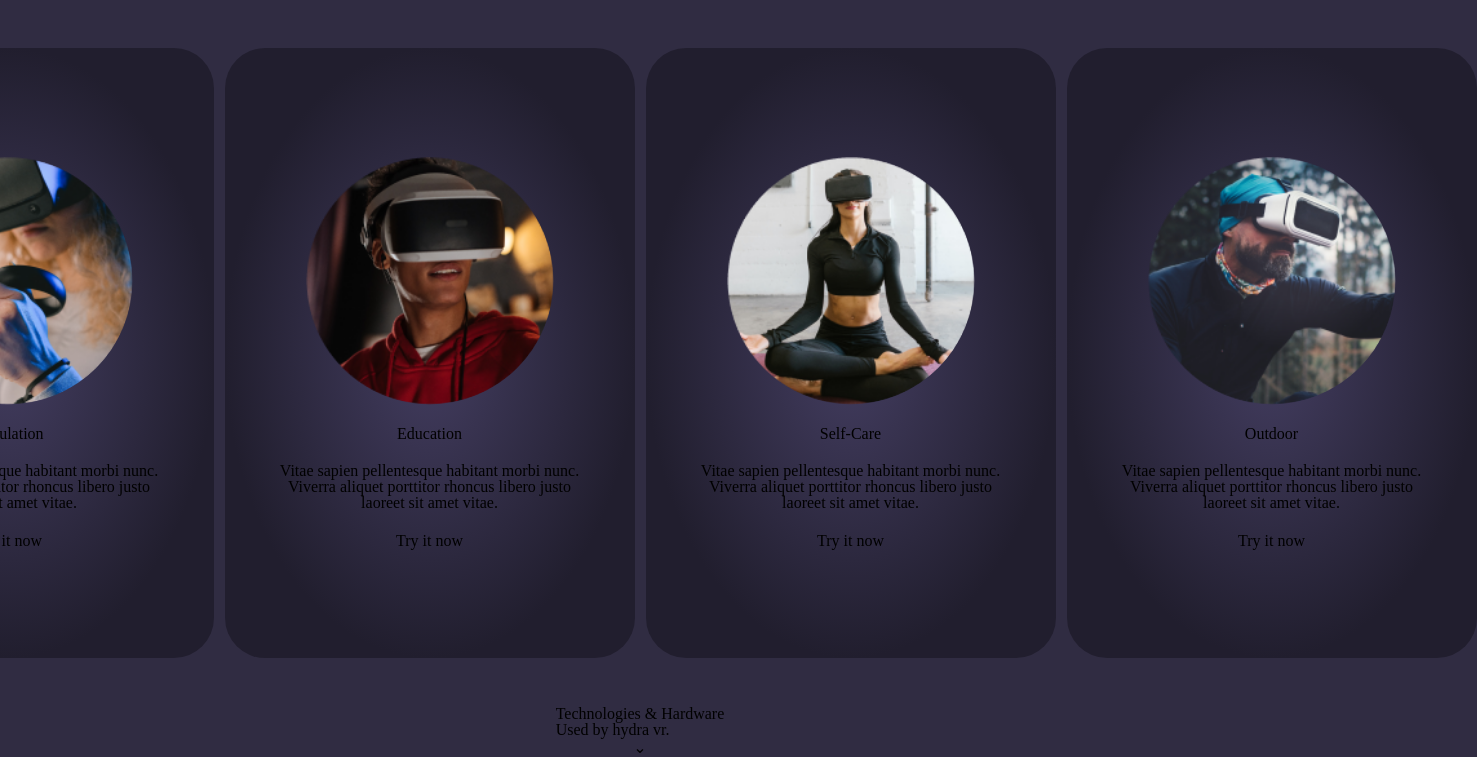
Repository: xMargi/Hydra-LandingPage
Page: index.html
These files come from the project's save history. The page is drawn as it stood at one moment and after the next save; the edit follows.
The browser window is 1280 px wide. The page is 1477 px wide, so the pictures cover 1477 px, including what lies to the right of the window. The pictures show the whole page.

Above is the page before, as saved 2023-06-07 20:18:13.

After the next save:
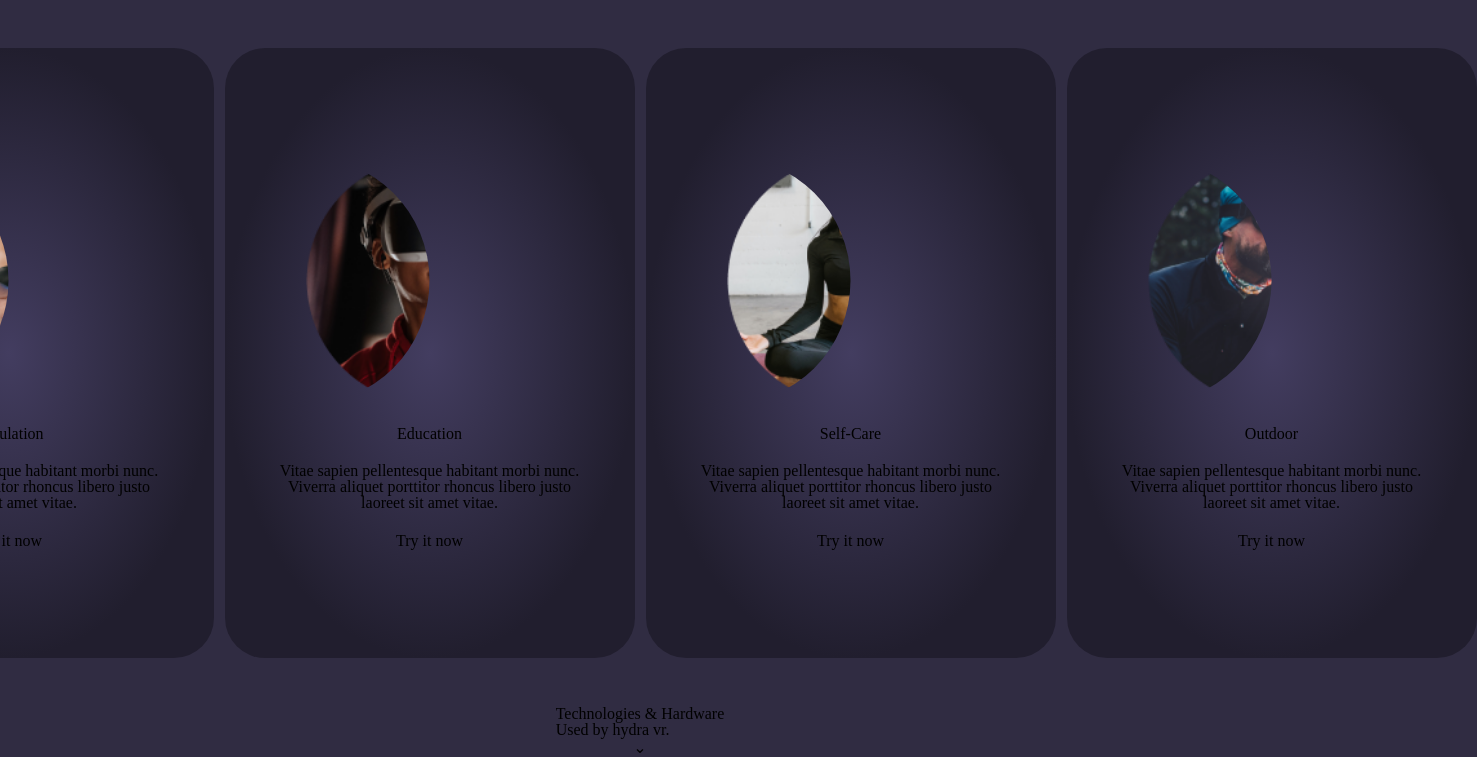
Saved 60 s later.
--- a/style.css
+++ b/style.css
@@ -43,8 +43,8 @@ body{
 }
 
 .cartao__img{
-    shape-outside: ellipse();
-    clip-path: ellipse();
+    shape-outside: circle(50% at 30%);
+    clip-path: circle(50% at 0%);
     width: 80%;
 
 
